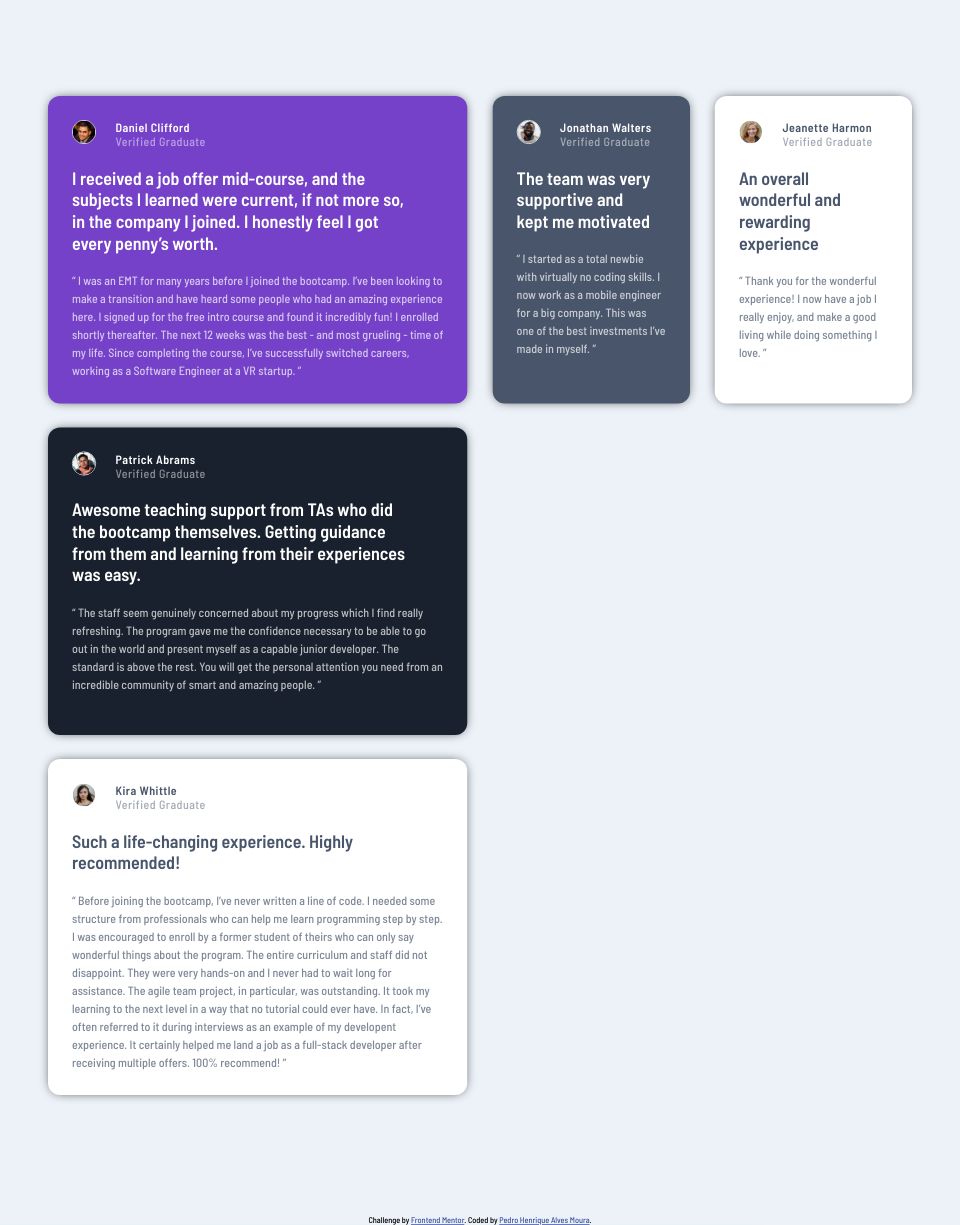
Repository: Pedrohamoura-Git/Frontend-Mentor-Challenges
Page: Junior/testimonials-grid-section-main/index.html
An editor plug-in stored every save of this project. The page is shown before and after a run of saves, followed by the edit.
The browser window is 1280 px wide. The pictures show the whole page, at 75% of full size.

Above is the page before, as saved 2021-06-02 10:03:35.

### Junior/testimonials-grid-section-main/index.html
<!DOCTYPE html>
<html lang="en">
<head>
  <meta charset="UTF-8">
  <meta name="viewport" content="width=device-width, initial-scale=1.0"> <!-- displays site properly based on user's device -->

  <link rel="stylesheet" href="css/style.css">

  <title>Frontend Mentor | [Challenge Name Here]</title>

  <!-- Feel free to remove these styles or customise in your own stylesheet 👍 -->
  <style>
    .attribution { font-size: 11px; text-align: center; }
    .attribution a { color: hsl(228, 45%, 44%); }
  </style>
</head>
<body>

  <div id="wrapper">
    <div id="cards">
      <div id="card1">
        <header>
          <div class="picture">
            <img  src="images/image-daniel.jpg" alt="Daniel Clifford's Picture">
          </div>

          <div class="profile">
            <p>Daniel Clifford</p>
            <p class="status">Verified Graduate</p>
          </div>
          <div class="quotes"></div>
        </header>


        <h2>I received a job offer mid-course, and the subjects I learned were current, if not more so, in the company I joined. I honestly feel I got every penny’s worth.</h2>

        <p class="reviews">“ I was an EMT for many years before I joined the bootcamp. I’ve been looking to make a transition and have heard some people who had an amazing experience here. I signed up for the free intro course and found it incredibly fun! I enrolled shortly thereafter. The next 12 weeks was the best - and most grueling - time of my life. Since completing the course, I’ve successfully switched careers, working as a Software Engineer at a VR startup. ”</p>
      </div>

      <div id="card2">
        <header>
          <div class="picture">
            <img src="images/image-jonathan.jpg" alt="Jonathan Walters's Picture">
          </div>

          <div class="profile">
            <p>Jonathan Walters</p>
            <p class="status">Verified Graduate</p>
          </div>
        </header>

        <h2>The team was very supportive and kept me motivated</h2>

        <p class="reviews">“ I started as a total newbie with virtually no coding skills. I now work as a mobile engineer
          for a big company. This was one of the best investments I’ve made in myself. ”</p>
      </div>


      <div id="card3">
        <header>
          <div class="picture">
            <img src="images/image-jeanette.jpg" alt="Jeanette Harmon's Picture">
          </div>

          <div class="profile">
            <p>Jeanette Harmon</p>
            <p class="status">Verified Graduate</p>
          </div>
        </header>

        <h2>An overall wonderful and rewarding experience</h2>

        <p class="reviews">“ Thank you for the wonderful experience! I now have a job I really enjoy, and make a good living
          while doing something I love. ”</p>
      </div>

      <div id="card4">
        <header>
          <div class="picture">
            <img src="images/image-patrick.jpg" alt="Patrick Abrams's Picture">
          </div>

          <div class="profile">
            <p>Patrick Abrams</p>
            <p class="status">Verified Graduate</p>
          </div>
        </header>

        <h2>Awesome teaching support from TAs who did the bootcamp themselves. Getting guidance from them and
          learning from their experiences was easy.</h2>

        <p class="reviews">“ The staff seem genuinely concerned about my progress which I find really refreshing. The program
          gave me the confidence necessary to be able to go out in the world and present myself as a capable
          junior developer. The standard is above the rest. You will get the personal attention you need from
          an incredible community of smart and amazing people. ”</p>
      </div>

      <div id="card5">
        <header>
          <div class="picture">
            <img src="images/image-kira.jpg" alt="Kira Whittle's Picture">
          </div>

          <div class="profile">
            <p>Kira Whittle</p>
            <p class="status">Verified Graduate</p>
          </div>
        </header>

        <h2>Such a life-changing experience. Highly recommended!</h2>

        <p class="reviews">“ Before joining the bootcamp, I’ve never written a line of code. I needed some structure from
          professionals who can help me learn programming step by step. I was encouraged to enroll by a former
          student of theirs who can only say wonderful things about the program. The entire curriculum and staff
          did not disappoint. They were very hands-on and I never had to wait long for assistance. The agile team
          project, in particular, was outstanding. It took my learning to the next level in a way that no tutorial
          could ever have. In fact, I’ve often referred to it during interviews as an example of my developent
          experience. It certainly helped me land a job as a full-stack developer after receiving multiple offers.
          100% recommend! ”</p>
      </div>
    </div>
  </div>


  <div class="attribution">
    Challenge by <a href="https://www.frontendmentor.io?ref=challenge" target="_blank">Frontend Mentor</a>.
    Coded by <a href="#">Pedro Henrique Alves Moura</a>.
  </div>
</body>
</html>

### Junior/testimonials-grid-section-main/css/style.css
/*
** Core Formats
*/
    @import url('https://fonts.googleapis.com/css2?family=Barlow+Semi+Condensed:ital,wght@0,500;0,600;1,500;1,600&display=swap');


    * {
        box-sizing: border-box;
        font-family: "Barlow Semi Condensed";
        margin: 0;
        padding: 0;

    }

    html {
        Font-size: 13px;
    }

    body {
        background: hsl(210, 46%, 95%);
    }


/*
** Common Formats
*/
    #cards {
        color: white;
        margin: 10% auto;
        min-width: 200px;
        width: 90%;

        /* border: 1px solid red; */
    }
    #cards .picture img {
        border: 1.5px solid white;
        border-radius: 3rem;
        width: 55%;
    }

    #cards h2 {
        font-size: 1.5rem;
        margin-bottom: 1.5rem;
        max-width: 90%;
    }

    #cards div.profile {
        letter-spacing: .04rem;
        margin-bottom: 1.5rem;
    }

    #cards div.profile :first-child {
        font-weight: 600;
    }

    #cards div.profile p.status {
        opacity: 50%;
    }

    #cards p.reviews {
        font-size: 1rem;
        line-height: 1.5rem;
        opacity: 70%;
    }

    #card1, #card2, #card3, #card4, #card5 {
        border-radius: 1rem;
        box-shadow: 0 0 1rem -5px black;
        margin-bottom: 2rem;
        padding: 2rem;
    }


    header {
        display: flex;
    }



    /* CONFIGURAR A IMAGEM DE ASPAS DEPOIS


         #cards #card1 h2 {
        z-index: 10;
    }


    #card1 ::before {
        content: '';
        background: url(../images/bg-pattern-quotation.svg)no-repeat;
        width: 30%;
        height: 20%;
        position: absolute;
        top: 3rem;
        right: 2rem;
        z-index: 2;
    }
    } */




/*
** Card #1
*/
    #card1 {
        background: hsl(263, 55%, 52%);
    }



/*
** card #2
*/

    #card2 {
        background: hsl(217, 19%, 35%);
    }


/*
** card #3
*/
    #card3 {
        background: white;
        color: hsl(217, 19%, 35%);
    }


/*
** card #4
*/
    #card4 {
        background: hsl(219, 29%, 14%);
    }



/*
** card #5
*/
    #card5 {
        background: white;
        color: hsl(217, 19%, 35%);
    }


    /*
    ** Tablet Layout
    */
        @media (min-width: 720px) {

            html {
                font-size: 16px;
            }

            #cards {
                display: grid;
                grid-template-columns: repeat(2, 1fr);
                column-gap: 2.1rem;
            }

            #card1 {
                grid-column: 1 / span 2;
            }

            #card4 {
                grid-column: 1 / span 2;
            }

            #card5 {
                grid-column: 1 / span 2;
            }
        }



    /*
    ** Desktop - Layout
    */
        @media (min-width: 1080px) {
            #cards {
                display: grid;
                grid-template-columns: repeat(4, 1fr);
                grid-template-rows: repeat(2, 1fr);
            }


            #card1 {
                grid-column: 1 / span 2;
                grid-row: 1;
            }
        }

After the next 13 saves:
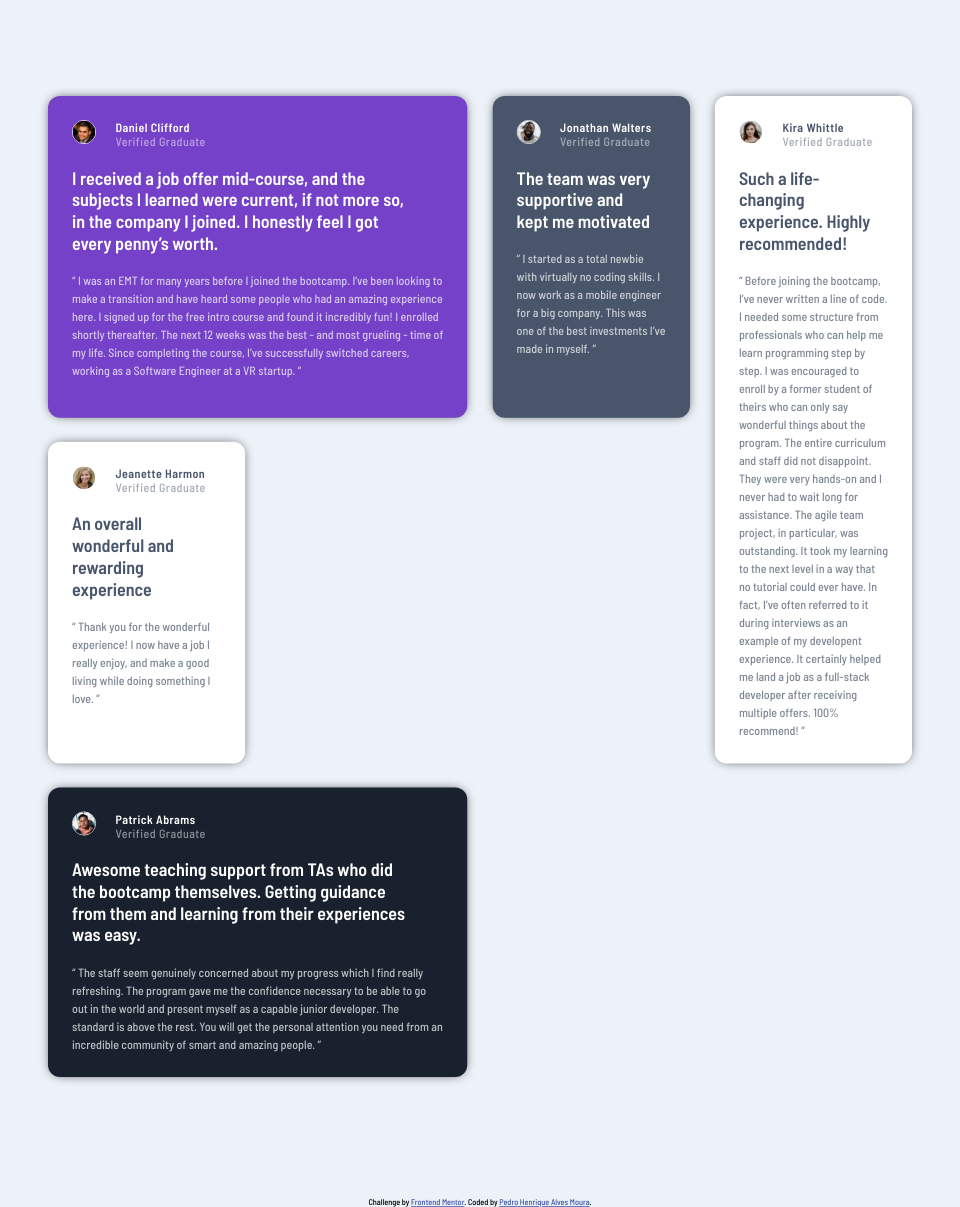
The 13 saves are shown as one change because they came seconds apart.
The last was saved 102 s later.
--- a/Junior/testimonials-grid-section-main/css/style.css
+++ b/Junior/testimonials-grid-section-main/css/style.css
@@ -190,4 +190,10 @@
                 grid-column: 1 / span 2;
                 grid-row: 1;
             }
+
+
+            #card5 {
+                grid-column: 4;
+                grid-row: 1 / span 2;
+            }
         }

After the save that followed:
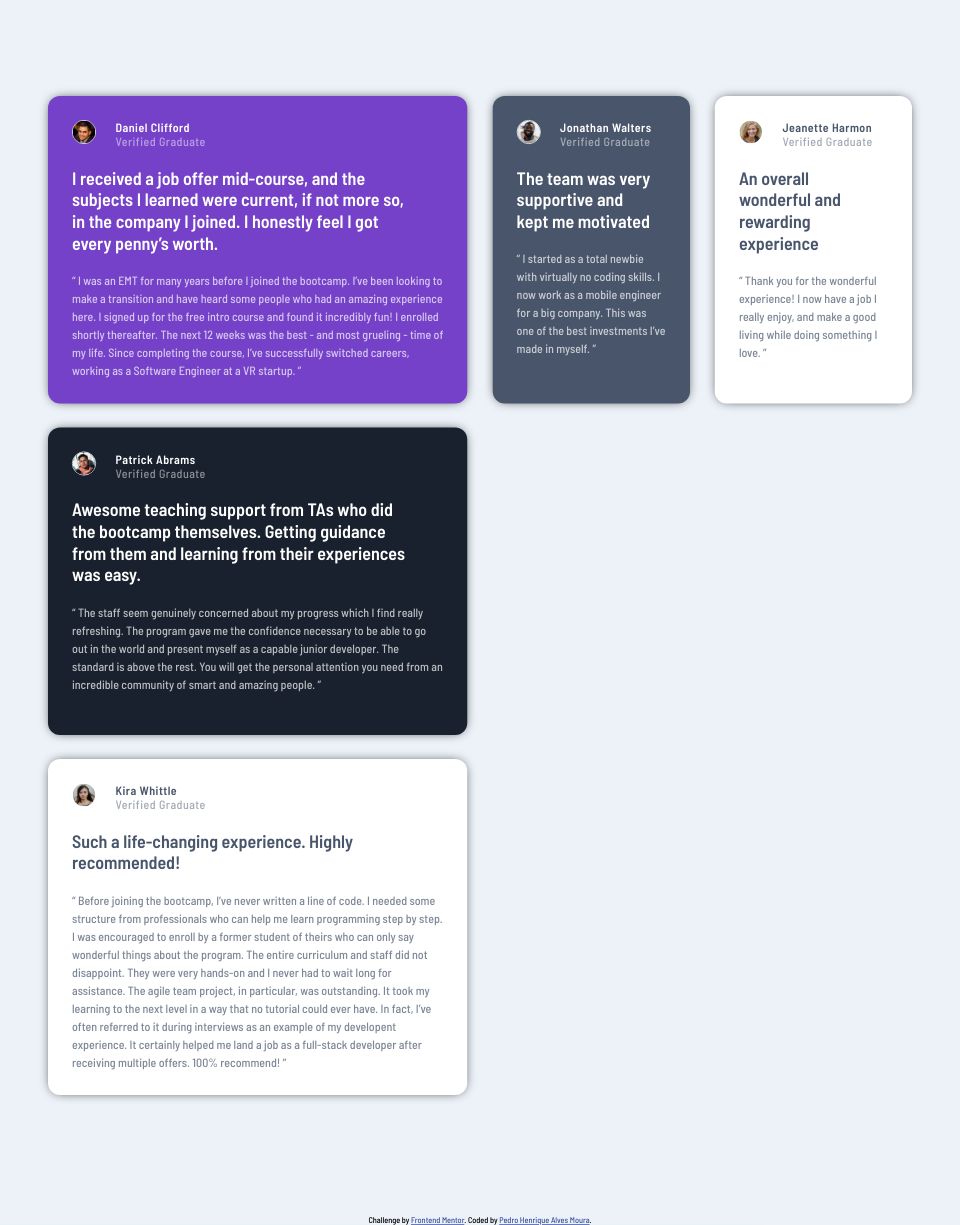
Saved 47 s later.
--- a/Junior/testimonials-grid-section-main/css/style.css
+++ b/Junior/testimonials-grid-section-main/css/style.css
@@ -191,6 +191,8 @@
                 grid-row: 1;
             }
 
+            #card
+
 
             #card5 {
                 grid-column: 4;
